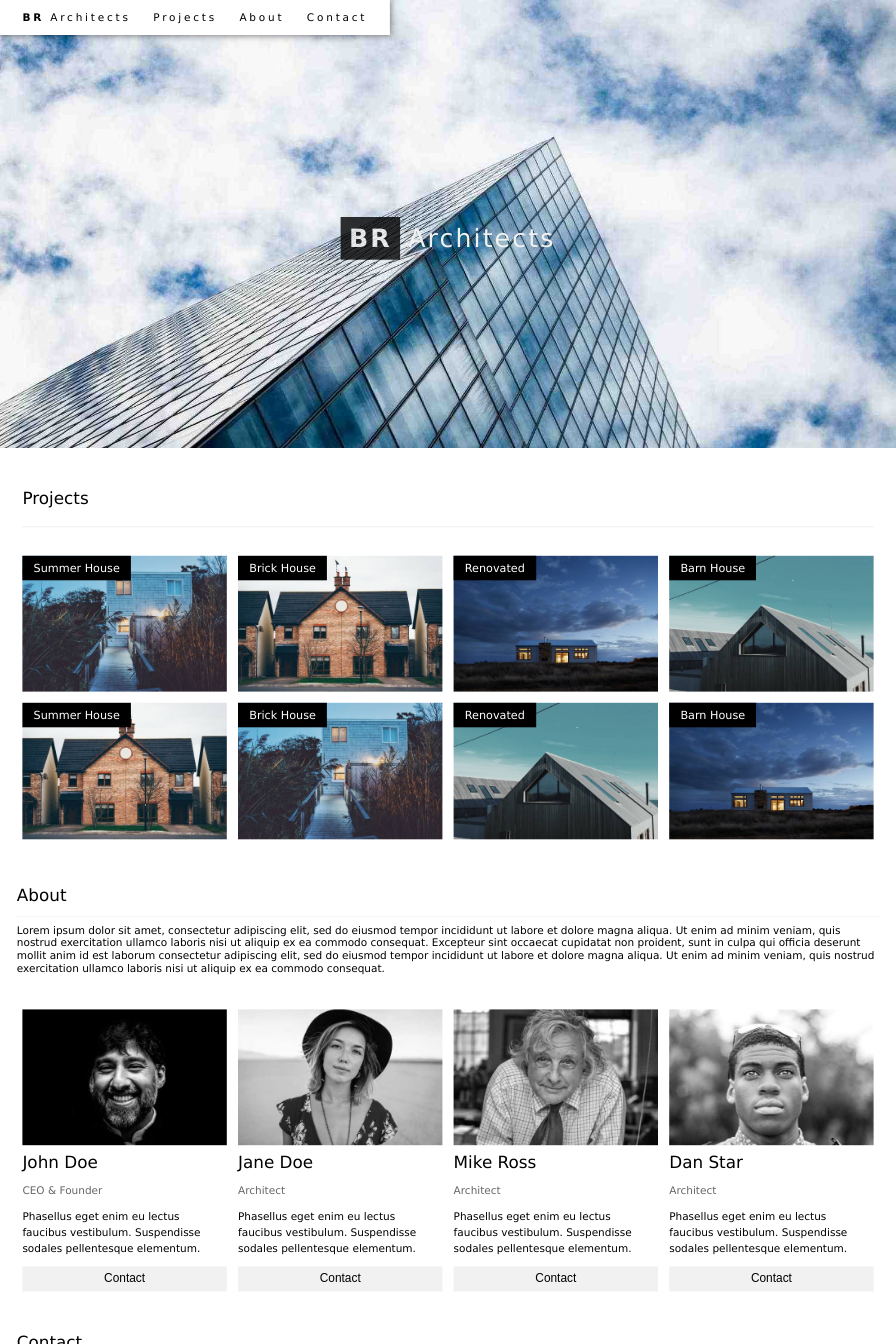
Repository: xd25vn/architects
Page: index.html
An editor plug-in stored every save of this project. The page is shown before and after the next save, followed by the edit.
The browser window is 1280 px wide. The pictures show the part of the page from y = 0 to 1920 px (the page is 3110 px tall), at 70% of full size.

Above is the page before, as saved 2023-08-16 18:14:55.

### index.html
<html lang="en">
<head>
    <meta charset="UTF-8">
    <meta name="viewport" content="width=device-width, initial-scale=1.0">
    <title>W3 ARCHITECT</title>
    <link rel="stylesheet" href="./assets/css/style.css">
    <link rel="stylesheet" href="./assets/css/reponsive.css">
    <link rel="stylesheet" href="./assets/fonts/themify-icons-font/themify-icons/themify-icons.css">
</head>
<body>
    <header>
            <ul id="nav">

            <div class="nav-item-left">
                <li><a href="" class="text-dec"><b>BR</b> Architects</a></li>
            </div>

            <div class="nav-item-right">
                <li><a href="" class="text-dec">Projects</a></li>
                <li><a href="" class="text-dec">About</a></li>
                <li><a href="" class="text-dec">Contact</a></li>
            </div>
            <div class="clear"></div>
            </ul>
    </header>

    <!-- BEGIN MENU MOBILE -->
    <div class="menu-mobile">
        <i class="ti-menu button-mobile"></i>
    </div>
    <!-- END MENU MOBILE -->

    <div id="sidebar">
        <h1>
            <span class="side-1"><b>BR</b></span>
            <span class="side-2">Architects</span>
        </h1>
    </div>

    <div id="content">
        <div class="projects">
            <div class="project-item-head">
                <h3>Projects</h3>
                <hr style="opacity: 0.2;">
            </div>

            <div class="projects-img">
                <div class="img-items">
                    <img src="./assets/img/projects/house1.jpg" style="width: 100%" alt="HOUSE">
                    <div class="texts">Summer House</div>
                </div>

                <div class="img-items">
                    <img src="./assets/img/projects/house2.jpg" style="width: 100%" alt="HOUSE">
                    <div class="texts">Brick House</div>
                </div>

                <div class="img-items">
                    <img src="./assets/img/projects/house3.jpg" style="width: 100%" alt="HOUSE">
                    <div class="texts">Renovated</div>
                </div>

                <div class="img-items">
                    <img src="./assets/img/projects/house4.jpg" style="width: 100%" alt="HOUSE">
                    <div class="texts">Barn House</div>
                </div>

                <div class="img-items">
                    <img src="./assets/img/projects/house2.jpg" style="width: 100%" alt="HOUSE">
                    <div class="texts">Summer House</div>
                </div>

                <div class="img-items">
                    <img src="./assets/img/projects/house1.jpg" style="width: 100%" alt="HOUSE">
                    <div class="texts">Brick House</div>
                </div>

                <div class="img-items">
                    <img src="./assets/img/projects/house4.jpg" style="width: 100%" alt="HOUSE">
                    <div class="texts">Renovated</div>
                </div>

                <div class="img-items">
                    <img src="./assets/img/projects/house3.jpg" style="width: 100%" alt="HOUSE">
                    <div class="texts">Barn House</div>
                </div>


        </div>
        </div>


        <div class="about">
            <div class="section-head">
                <h3>About</h3>
                <p>Lorem ipsum dolor sit amet, consectetur adipiscing elit, sed do eiusmod tempor incididunt ut labore et dolore magna aliqua. Ut enim ad minim veniam, quis nostrud exercitation ullamco laboris nisi ut aliquip ex ea commodo consequat. Excepteur sint occaecat cupidatat non proident, sunt in culpa qui officia deserunt mollit anim id est laborum consectetur adipiscing elit, sed do eiusmod tempor incididunt ut labore et dolore magna aliqua. Ut enim ad minim veniam, quis nostrud exercitation ullamco laboris nisi ut aliquip ex ea commodo consequat.</p>
            </div>

            <div class="section-list-contact">
            <div class="section-imgs">
                <div class="imgs-contact">
                    <img src="./assets/img/contact/team1.jpg" style="width: 100%;" alt="CONTACT">

                    <div class="text-contact">
                        <h3>John Doe</h3>
                        <p class="position-design">CEO & Founder</p>
                        <p>Phasellus eget enim eu lectus faucibus vestibulum. Suspendisse sodales pellentesque elementum.</p>
                        <button><a href="">Contact</a></button>
                    </div>
                </div>
            </div>

            <div class="section-imgs">
                <div class="imgs-contact">
                    <img src="./assets/img/contact/team2.jpg" style="width: 100%;" alt="CONTACT">

                    <div class="text-contact">
                        <h3>Jane Doe</h3>
                        <p class="position-design">Architect</p>
                        <p>Phasellus eget enim eu lectus faucibus vestibulum. Suspendisse sodales pellentesque elementum.</p>
                        <button><a href="">Contact</a></button>
                    </div>
                </div>
            </div>

            <div class="section-imgs">
                <div class="imgs-contact">
                    <img src="./assets/img/contact/team3.jpg" style="width: 100%;" alt="CONTACT">

                    <div class="text-contact">
                        <h3>Mike Ross</h3>
                        <p class="position-design">Architect</p>
                        <p>Phasellus eget enim eu lectus faucibus vestibulum. Suspendisse sodales pellentesque elementum.</p>
                        <button><a href="">Contact</a></button>
                    </div>
                </div>
            </div>

            <div class="section-imgs">
                <div class="imgs-contact">
                    <img src="./assets/img/contact/team4.jpg" style="width: 100%;" alt="CONTACT">

                    <div class="text-contact">
                        <h3>Dan Star</h3>
                        <p class="position-design">Architect</p>
                        <p>Phasellus eget enim eu lectus faucibus vestibulum. Suspendisse sodales pellentesque elementum.</p>
                        <button><a href="">Contact</a></button>
                    </div>
                </div>
            </div>
        </div>
        </div>

        <div class="contact">
            <div class="text-head">
                <h3>Contact</h3>
                <p>Lets get in touch and talk about your next project.</p>
            </div>
            <form action="">
            <div class="input-form">
                <input type="text" class="form-control" placeholder="Name" required>

                <input type="email" class="form-control" placeholder="Email" required>

                <input type="text" class="form-control" placeholder="Subject" required>

                <input type="text" class="form-control" placeholder="Comment" required>
            </div>
            <input type="submit" class="btn-submit" value="SEND MESSAGE">
        </form>

        <div class="img-cuoi">
            <img src="./assets/img/map.jpg" alt="MAP" style="width: 100%;">
        </div>
        </div>
        <footer>
            <div class="text-foot">
                <p>Powered by <a href="">w3.css</a></p>
            </div>
        </footer>
    </div>
</body>
</html>

### assets/css/style.css
/* RESET CSS */
* {
    margin: 0;
    padding: 0;
    box-sizing: border-box;
}
/* END RESET CSS */

/* COMMON */
html {
    font-family: Verdana, sans-serif;
}

.text-dec {
    text-decoration: none;
    color: #000;
}

.clear {
    clear: both;
}
/* END COMMON */

header {
    position: fixed;
    z-index: 1;
}

#nav {
    background: #fff;
    box-shadow: 0 0 10px rgba(0, 0, 0, 0.6);
    padding: 8px 16px;
    width: 100%;
    /* position: fixed;
    z-index: 1; */
}

#nav li {
    display: flex;
    list-style: none;
    font-size: 15px;
}

#nav .nav-item-left {
    float: left;
}

#nav .nav-item-left li {
    padding: 8px 16px;
    letter-spacing: 4px;
}

#nav .nav-item-left li:hover {
    background: #ccc;
    display: block;
}

#nav .nav-item-right {
    float: right;
    display: flex;
    justify-content: space-between;
    letter-spacing: 4px;
}

#nav .nav-item-right li {
    padding: 8px 16px;
}

#nav .nav-item-right li:hover {
    background: #ccc;
    display: block;
}

#sidebar {
    background: url(/assets/img/sidebar1.jpg) left top / cover no-repeat;
    padding-top: 50%;
    position: relative;
}

#sidebar h1 {
    position: absolute;
    color: #f1f1f1;
    left: 50%;
    top: 50%;
    transform: translateX(-50%);
    font-weight: 500;
    font-size: 36px;
}

#sidebar .side-1 {
    background: #000;
    padding: 10px 12px;
    opacity: 0.8;
    letter-spacing: 3px;
}

#sidebar .side-2 {
    letter-spacing: 3px;
}

#content .projects {
    padding: 0 24px;
}

#content .project-item-head {
    padding: 32px 8px;
}

#content .project-item-head h3 {
   padding: 16px 0;
   margin: 10px 0;
   font-weight: 400;
   font-size: 24px;
}

.projects-img {
    display: flex;
    flex-wrap: wrap;
    justify-content: space-between;
}

.img-items {
    width: calc(100% / 4);
    height: auto;
    padding: 8px 8px;
    position: relative;
}

.projects .projects-img .texts {
    position: absolute;
    top: 8;
    left: 8;
    background: #000;
    color: #fff;
    padding: 8px 16px;
}

.about .section-head {
    padding: 32px 24px;
    padding-bottom: 50px;
}

.about .section-head h3 {
    font-size: 24px;
    font-weight: 400;
    border-bottom: 1px solid #f1f1f1;
    padding: 16px 0;
    margin: 10px 0;
}

.about .section-head p {
    font-size: 15px;
    font-weight: normal;
}

.about .section-list-contact .section-imgs {
    width: 25%;
    padding: 0 8px;
}

.about .section-list-contact {
    display: flex;
    padding: 0 24px;
}

.section-list-contact .section-imgs .imgs-contact img {
    -webkit-filter: grayscale(1);
    filter: grayscale(1);
}

.section-list-contact .section-imgs:hover img {
    -webkit-filter: grayscale(0);
    filter: grayscale(0);
    transition: all 0.25s linear;
}

.section-list-contact .section-imgs .text-contact h3 {
    font-weight: 400;
    font-size: 24px;
    margin: 10px 0;
}

.section-list-contact .section-imgs .text-contact .position-design {
    opacity: 0.6;
}

.section-list-contact .section-imgs .text-contact p {
    margin: 15px 0;
    font-size: 15px;
    line-height: 1.5;
}

.section-list-contact .section-imgs button {
    padding: 8px 16px;
    width: 100%;
    border: none;
    background: #f1f1f1;
    font-size: 17px;
}

.section-list-contact .section-imgs button:hover {
    background: #ccc;
    cursor: pointer;
}

.section-list-contact .section-imgs button a {
    color: #000;
    text-decoration: none;
    text-align: center;
}

#content .contact {
    padding: 32px 24px;
}

.contact .text-head h3 {
    border-bottom: 1px solid #f1f1f1;
    padding: 16px 0;
    margin: 10px 0;
    font-size: 24px;
    font-weight: 400;
}

.contact .text-head p {
    margin: 15px 0;
    font-size: 15px;
}

.contact .input-form .form-control {
    width: 100%;
    padding: 10px;
    border: 1px solid #ccc;
    outline: none;
    margin: 8px 0;
    font-size: 17px;
}

.contact form .btn-submit {
    background: #000;
    color: white;
    font-size: 15px;
    margin: 18px 0;
    padding: 8px 16px;
    border: 1px solid #000;
}

.contact form .btn-submit:hover {
    cursor: pointer;
    background-color: #ccc;
    color: #000;
    border: 1px solid #ccc;
    transition: all 0.25s linear;
}

.contact .img-cuoi {
    margin-top: 28px;
}

.contact .img-cuoi img {
    background-repeat: no-repeat;
    height: auto;
}

footer {
    background: #000;
    width: 100%;
    padding: 16px 0;
    margin-top: -24px;
}

footer .text-foot {
    margin: 15px 0;
    text-align: center;
    color: white;
}

footer .text-foot a {
    color: #fff;
    font-size: 15px;
}

footer .text-foot a:hover {
    color: green;
}

### assets/css/reponsive.css
@media (min-width: 1024px) {
    .menu-mobile .ti-menu {
        display: none;
    }
}

@media (min-width: 740px) and (max-width: 1023px) {
    .menu-mobile .ti-menu {
        display: none;
    }
}

@media (max-width: 739px) {

    #nav .nav-item-right {
        display: block;
        float: none;
    }

    #nav .nav-item-right li {
        width: 100%;
    }

    .menu-mobile {
        position: absolute;
        top: 0;
        right: 0;
        z-index: 1;
    }

    .menu-mobile .ti-menu {
        display: block;
        color: black;
        font-size: 30px;
        z-index: 1;
    }
}

Loaded but not shown: assets/fonts/themify-icons-font/themify-icons/themify-icons.css (common file)

After the next save:
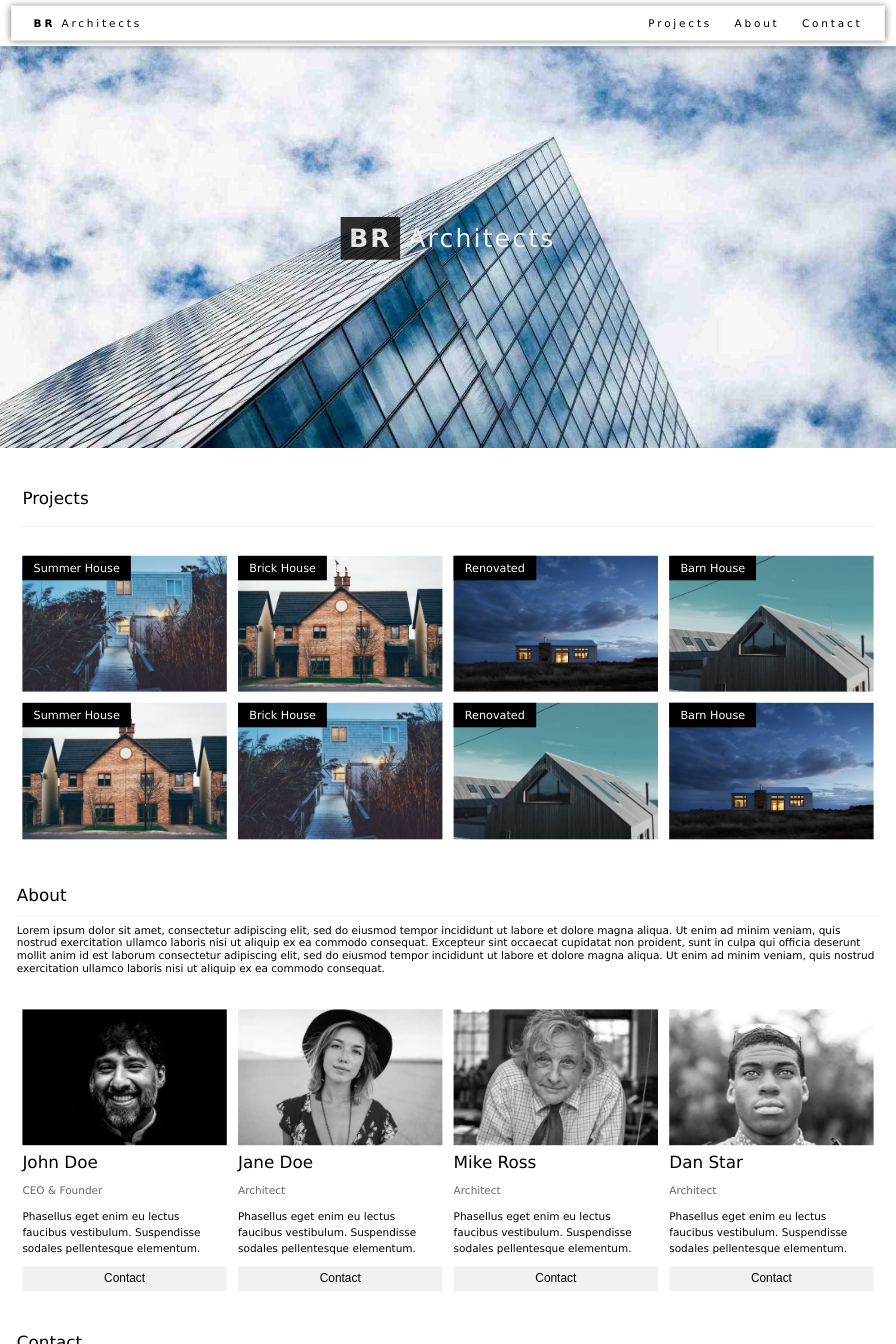
Saved 27 s later.
--- a/assets/css/style.css
+++ b/assets/css/style.css
@@ -24,6 +24,10 @@ html {
 header {
     position: fixed;
     z-index: 1;
+    background: #fff;
+    box-shadow: 0 0 10px rgba(0, 0, 0, 0.6);
+    padding: 8px 16px;
+    width: 100%;
 }
 
 #nav {
